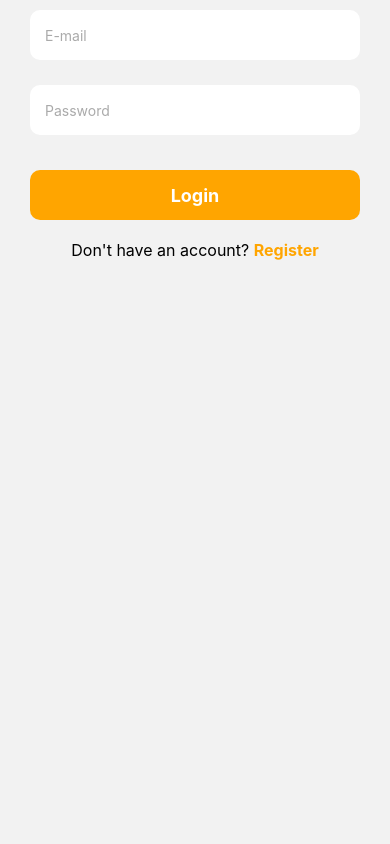
Repository: ds-mbappe/UpShoCal
Screen: /
These files come from the project's save history. The screen is drawn as it stood at one moment and after the next save; the edit follows.
The app was drawn by React Native's web renderer in a window 390 px wide. The project was rebuilt for these pictures with package versions that can differ from the ones it lists, and the page was loaded fresh each time. Also part of the build but not shown: data.js, Screens/Home.js, Screens/Product.js, Screens/Registration.js.

Above is the screen before, as saved 2022-06-07 13:27:09.

After the next save:
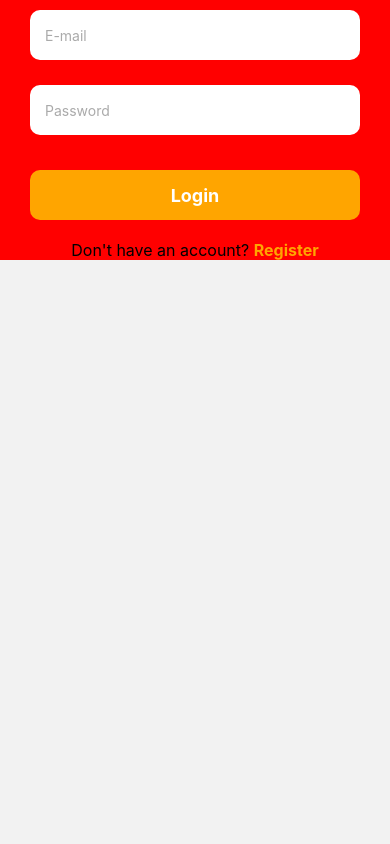
Saved 22 s later.
--- a/Screens/Login.js
+++ b/Screens/Login.js
@@ -23,7 +23,10 @@
 
   return (
     <View style={styles.container}>
-      <ScrollView style={{ flex: 1, width: "100%" }}>
+      <ScrollView
+        style={{ flex: 1, width: "100%" }}
+        contentContainerStyle={{ backgroundColor: "red" }}
+      >
         <TextInput
           style={styles.input}
           placeholder="E-mail"
